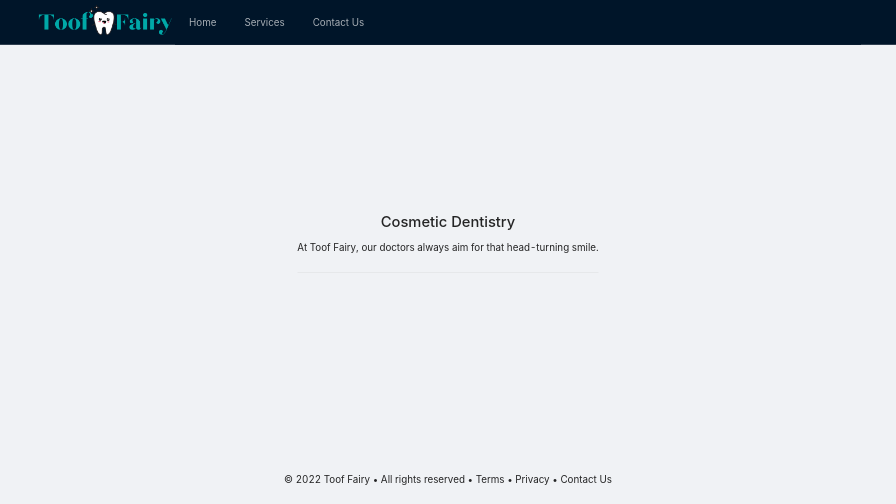
Repository: neldad1/dentist-app
Page: /cosmetic
These files come from the project's save history. The page is drawn as it stood at one moment and after a run of saves; the edit follows.
The browser window is 1280 px wide. The pictures show the whole page, at 70% of full size.
The project was rebuilt for these pictures with package versions that can differ from the ones it lists, and the page was loaded fresh each time. Also part of the build but not shown: src/components/Home.jsx, src/components/Contact.jsx, src/components/Services/Resorative.jsx, src/components/Services/Preventative.jsx.

Above is the page before, as saved 2022-03-09 21:45:41.

### public/index.html
<!DOCTYPE html>
<html lang="en">
  <head>
    <meta charset="utf-8" />
    <link rel="ico" href="%PUBLIC_URL%/tfLogo512.svg" />
    <meta name="viewport" content="width=device-width, initial-scale=1" />
    <meta name="theme-color" content="#000000" />
    <meta
      name="description"
      content="Web site created using create-react-app"
    />
    <link rel="apple-touch-icon" href="%PUBLIC_URL%/tfLogo192.png" />
    <!--
      manifest.json provides metadata used when your web app is installed on a
      user's mobile device or desktop. See https://developers.google.com/web/fundamentals/web-app-manifest/
    -->
    <link rel="manifest" href="%PUBLIC_URL%/manifest.json" />
    <!--
      Notice the use of %PUBLIC_URL% in the tags above.
      It will be replaced with the URL of the `public` folder during the build.
      Only files inside the `public` folder can be referenced from the HTML.

      Unlike "/favicon.ico" or "favicon.ico", "%PUBLIC_URL%/favicon.ico" will
      work correctly both with client-side routing and a non-root public URL.
      Learn how to configure a non-root public URL by running `npm run build`.
    -->
    <title>Toof Fairy</title>
  </head>
  <body>
    <noscript>You need to enable JavaScript to run this app.</noscript>
    <div id="root"></div>
    <!--
      This HTML file is a template.
      If you open it directly in the browser, you will see an empty page.

      You can add webfonts, meta tags, or analytics to this file.
      The build step will place the bundled scripts into the <body> tag.

      To begin the development, run `npm start` or `yarn start`.
      To create a production bundle, use `npm run build` or `yarn build`.
    -->
  </body>
</html>

### src/App.js
import { BrowserRouter } from 'react-router-dom';
import './App.css';
import 'antd/dist/antd.min.css';
import Navigation from './components/Router/Navigation';
import AppRoutes from './components/Router/AppRoutes';
import { Layout } from 'antd';
import HeaderLogo from './components/HeaderLogo';
const { Header, Footer, Content } = Layout;

function App() {
  return (
    <Layout className="layout">
      <BrowserRouter>
        <Header>
          <HeaderLogo />
          <Navigation />
        </Header>
        <Content className="content">
          <AppRoutes />
        </Content>
      </BrowserRouter>
      <Footer className="footer">
        © 2022 Toof Fairy • All rights reserved • Terms • Privacy • Contact Us
      </Footer>
    </Layout>
  );
}

export default App;

### src/App.css
.layout {
  height: 100vh;
  width: 100vw;
  text-align: center;
}

.navigation {
  background-color: inherit;;
}

.logo {
  width: 200px;
  height: 50px;
  float: left;
  margin-top: 4px;
}

.footer {
  color: white;
}

.content, .home {
  display: flex;
  flex-direction: column;
  align-items: center;
  justify-content: center;
}

.intro-wrapper {
  text-align: center;
}

.home {
  width: 100%;
  height: 100%;
  background-image: url('/public/cropped.jpg');
  background-size: cover;
  background-repeat: no-repeat;
}

.content-wrapper {
  width: 50%;
  font-family: 'Segoe UI', sans-serif;
  margin-left: 10em;
  color: whitesmoke;
  display: block;
}
.tagline1 {
  font-weight: bolder;
  font-size: 2em;
  margin: 0;
  line-height: 1;
}

.contact-form {
  text-align: left;
}

### src/components/Router/Navigation.jsx
import { Link } from 'react-router-dom';
import { Menu } from 'antd';
const { SubMenu } = Menu;

const Navigation = () => {
  return (
    <Menu mode="horizontal" theme="dark">
      <Menu.Item key="home">
        <span>Home</span>
        <Link to="/" />
      </Menu.Item>
      <SubMenu key="subMenu" title="Services">
        <Menu.Item key="cosmetic">
          <span>Cosmetic</span>
          <Link to="/cosmetic" />
        </Menu.Item>
        <Menu.Item key="restore">
          <span>Restorative</span>
          <Link to="/restorative" />
        </Menu.Item>
        <Menu.Item key="prevent">
          <span>Preventative</span>
          <Link to="/preventative" />
        </Menu.Item>
      </SubMenu>
      <Menu.Item key="contact">
        <span>Contact Us</span>
        <Link to="/contact" />
      </Menu.Item>
    </Menu>
  );
};

export default Navigation;

### src/components/Router/AppRoutes.jsx
import { Route, Routes } from 'react-router-dom';
import Home from '../Home';
import Services from '../Services';
import Contact from '../Contact';
import Cosmetic from '../Services/Cosmetic';
import Restorative from '../Services/Resorative';
import Preventative from '../Services/Preventative';

const AppRoutes = () => {
  return (
    <Routes>
      <Route exact path="/" element={<Home />} />
      <Route path="/cosmetic" element={<Cosmetic />} />
      <Route path="/restorative" element={<Restorative />} />
      <Route path="/preventative" element={<Preventative />} />
      <Route path="/contact" element={<Contact />} />
    </Routes>
  );
};

export default AppRoutes;

### src/components/HeaderLogo.jsx
import { Link } from 'react-router-dom';

const HeaderLogo = () => {
  return (
    <Link to="/">
      <img className="logo" src={require('../tfLogo.png')} alt="TF" />
    </Link>
  );
};

export default HeaderLogo;

### src/components/Services/Cosmetic.jsx
import { Divider } from 'antd';

const Cosmetic = () => {
  return (
    <div>
      <div>
        <h1>Cosmetic Dentistry</h1>
        <p>
          At Toof Fairy, our doctors always aim for that head-turning smile.
        </p>
      </div>
      <Divider />
    </div>
  );
};

export default Cosmetic;

### src/components/ToofImg.jsx
const ToofImg = () => {
  return (
    <div>
      <img src={require('/public/toof.png')} alt="toof" />
    </div>
  );
};

export default ToofImg;

Loaded but not shown: src/index.js (common file); src/index.css (common file); src/reportWebVitals.js (common file)

After the next 4 saves:
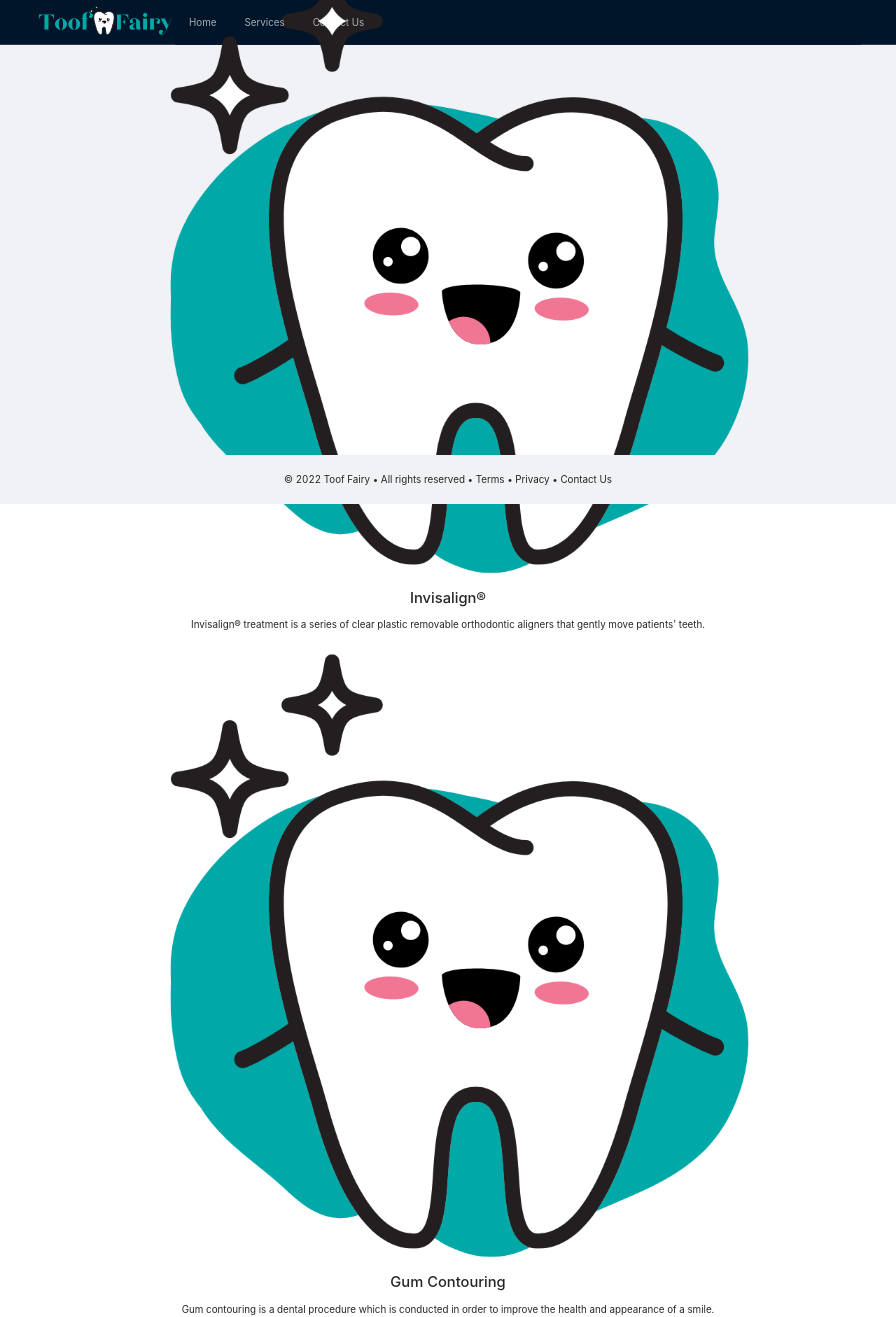
The 4 saves are shown as one change because 3 did not build or start.
The last was saved 7 min 23 s later.
--- a/src/components/Services/Cosmetic.jsx
+++ b/src/components/Services/Cosmetic.jsx
@@ -1,4 +1,5 @@
 import { Divider } from 'antd';
+import ToofImg from '../ToofImg';
 
 const Cosmetic = () => {
   return (
@@ -10,6 +11,27 @@ const Cosmetic = () => {
         </p>
       </div>
       <Divider />
+      <div>
+        <ToofImg />
+        <h2>Teeth Whitening</h2>
+        <span>Dazzle yourself with a bright smile.</span>
+      </div>
+      <div>
+        <ToofImg />
+        <h2>Invisalign®</h2>
+        <span>
+          Invisalign® treatment is a series of clear plastic removable
+          orthodontic aligners that gently move patients' teeth.{' '}
+        </span>
+      </div>
+      <div>
+        <ToofImg />
+        <h2>Gum Contouring</h2>
+        <span>
+          Gum contouring is a dental procedure which is conducted in order to
+          improve the health and appearance of a smile.{' '}
+        </span>
+      </div>
     </div>
   );
 };
--- a/src/components/ToofImg.jsx
+++ b/src/components/ToofImg.jsx
@@ -1,7 +1,7 @@
 const ToofImg = () => {
   return (
     <div>
-      <img src={require('/public/toof.png')} alt="toof" />
+      <img src={require('../toof.png')} alt="toof" />
     </div>
   );
 };
